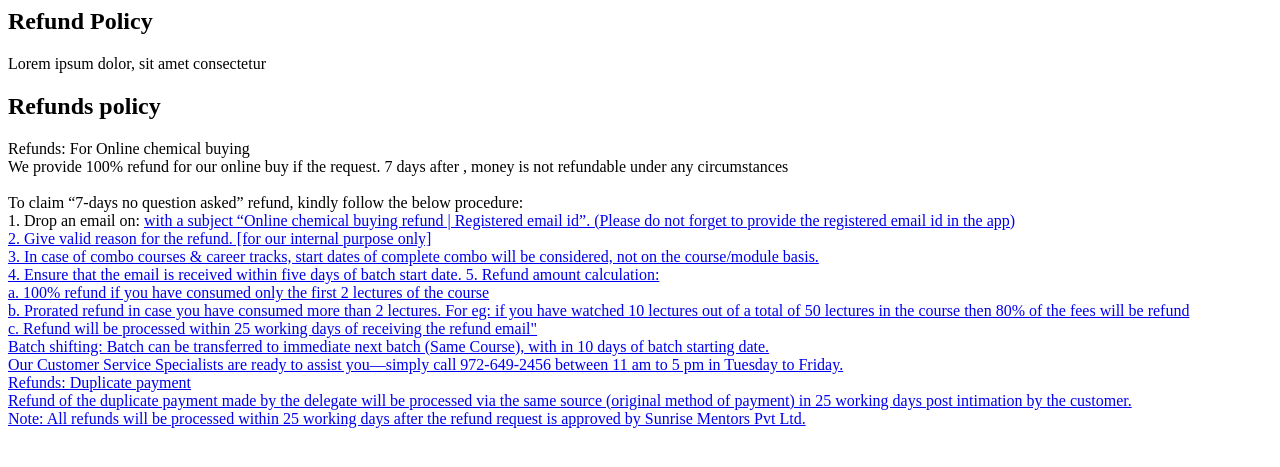
Repository: abhay3690/cheMart
Page: cheMart/cheMart/WebContent/jsp/user/refund.html
These files come from the project's save history. The page is drawn as it stood at one moment and after the next save; the edit follows.
The browser window is 1280 px wide. The pictures show the whole page.

Above is the page before, as saved 2023-11-07 11:06:32.

### cheMart/cheMart/WebContent/jsp/user/refund.html
<div class="about">
	<h2 class="heading">Refund Policy</h2>
	<p>Lorem ipsum dolor, sit amet consectetur</p>



	<div><h2>Refunds policy</h2>
	Refunds: For Online chemical buying <br>
We provide 100% refund for our online buy if the request. 7 days after , money is not refundable under any
circumstances<br><br>
To claim “7-days no question asked” refund, kindly follow the below procedure:<br>
1. Drop an email on:  <a href="abhaysuthar7777@gmail.com"> with a subject “Online chemical buying
refund | Registered email id”. (Please do not forget to provide the registered
email id in the app)<br>
2. Give valid reason for the refund. [for our internal purpose only]<br>
3. In case of combo courses & career tracks, start dates of complete combo will
be considered, not on the course/module basis.<br>
4. Ensure that the email is received within five days of batch start date.
5. Refund amount calculation:<br>
a. 100% refund if you have consumed only the first 2 lectures of the
course<br>
b. Prorated refund in case you have consumed more than 2 lectures. For
eg: if you have watched 10 lectures out of a total of 50 lectures in the
course then 80% of the fees will be refund<br>
c. Refund will be processed within 25 working days of receiving the
refund email"<br>
Batch shifting: Batch can be transferred to immediate next batch (Same Course),
with in 10 days of batch starting date.<br>
Our Customer Service Specialists are ready to assist you—simply call 972-649-2456 between 11 am to 5 pm in Tuesday to Friday.<br>
Refunds: Duplicate payment
<br>
Refund of the duplicate payment made by the delegate will be processed via the
same source (original method of payment) in 25 working days post intimation by the
customer.
<br>
Note: All refunds will be processed within 25 working days after the refund request is
approved by Sunrise Mentors Pvt Ltd.

	</div>
</div>

After the next save:
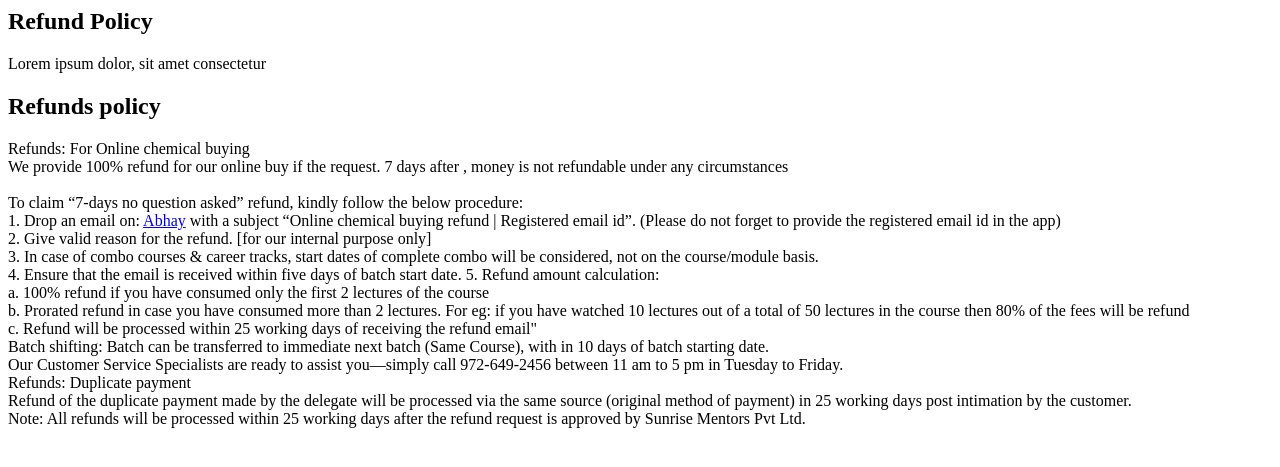
Saved 77 s later.
--- a/cheMart/cheMart/WebContent/jsp/user/refund.html
+++ b/cheMart/cheMart/WebContent/jsp/user/refund.html
@@ -9,7 +9,7 @@
 We provide 100% refund for our online buy if the request. 7 days after , money is not refundable under any
 circumstances<br><br>
 To claim “7-days no question asked” refund, kindly follow the below procedure:<br>
-1. Drop an email on:  <a href="abhaysuthar7777@gmail.com"> with a subject “Online chemical buying
+1. Drop an email on:  <a href="abhaysuthar7777@gmail.com">Abhay</a> with a subject “Online chemical buying
 refund | Registered email id”. (Please do not forget to provide the registered
 email id in the app)<br>
 2. Give valid reason for the refund. [for our internal purpose only]<br>
